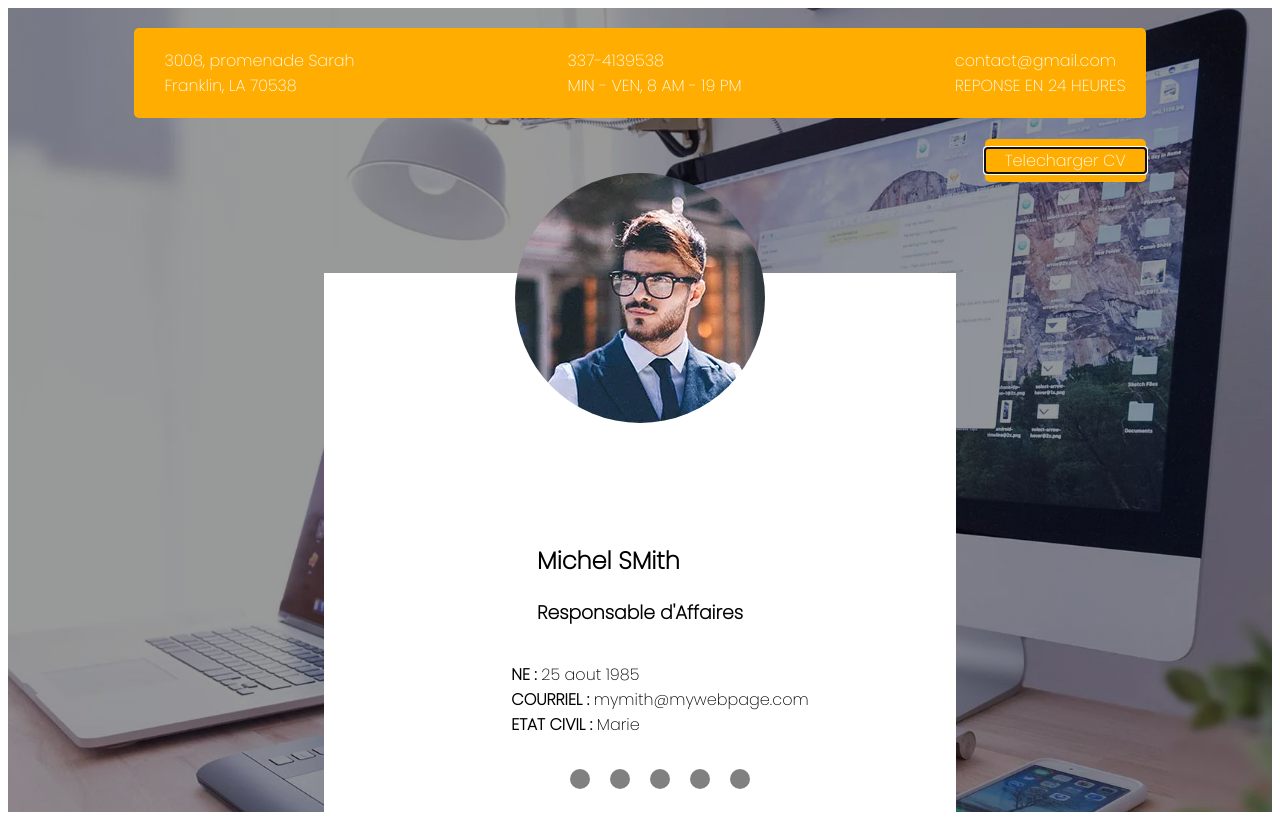
Repository: wadelfadill/CV_PORTFOLIO
Page: index.html
An editor plug-in stored every save of this project. The page is shown before and after the next save, followed by the edit.
The browser window is 1280 px wide. The pictures show the whole page.
The first visible `.download` has the focus.
Some icons come from a web library that is not loaded, so they are not drawn. Backgrounds fixed to the window are drawn as part of the page.

Above is the page before, as saved 2023-03-14 09:18:48.

### index.html
<!DOCTYPE html>
<html lang="en">
<head>
    <meta charset="UTF-8">
    <meta http-equiv="X-UA-Compatible" content="IE=edge">
    <meta name="viewport" content="width=device-width, initial-scale=1.0">
    <title>CV - Portfolio</title>
    <link rel="stylesheet" href="style.css">
    <link rel="stylesheet" href="path/to/font-awesome/css/font-awesome.min.css">
    <link href="/fontawesome/css/all.css" rel="stylesheet">
    <link href="/fontawesome/css/fontawesome.css" rel="stylesheet">
    <link href="/fontawesome/css/brands.css" rel="stylesheet">
    <link href="/fontawesome/css/solid.css" rel="stylesheet">
    <link rel="stylesheet" href="/fontawesome/css/regular.css">
    <link rel="preconnect" href="https://fonts.googleapis.com">
    <link rel="stylesheet" href="/fontawesome/css/all.min.css">
    <link rel='stylesheet' href='https://cdn-uicons.flaticon.com/uicons-brands/css/uicons-brands.css'>
    <link rel="stylesheet" href="https://cdn-uicons.flaticon.com/uicons-regular-straight/css/uicons-regular-straight.css">
<link rel="preconnect" href="https://fonts.gstatic.com" crossorigin>
<link href="https://fonts.googleapis.com/css2?family=Manrope&family=Montserrat&family=Poppins:wght@200&family=Roboto&display=swap" rel="stylesheet">
</head>
<body>
    <header>
        <div class="head">
            <div class="address">
                <div class="add-1">
                    <div class="add-icone"><i class="fi fi-rs-marker"></i></div>
                    <div class="add-text">3008, promenade Sarah <br> Franklin, LA 70538</div>
                </div>
                <div class="add-1">
                    <div class="add-icone"><i class="fi fi-rs-phone-call"></i></div>
                    <div class="add-text">337-4139538 <br> MIN - VEN, 8 AM - 19 PM</div>
                </div>
                <div class="add-1">
                    <div class="add-icone"><i class="fi fi-rs-messages"></i></div>
                    <div class="add-text">contact@gmail.com <br>REPONSE EN 24 HEURES</div>
                </div>
            </div>
            <div class="download">
                <a href="#" class="button">Telecharger CV</a>
            </div>
        </div>
        <div class="head_2">
           <div class="espace">

           </div>
           <div class="presentation">
            <img src="images/profile.jpg" alt="profile" class="profil">
            <div class="name">
                <h2>Michel SMith</h2>
                <h3>Responsable d'Affaires</h3>
            </div>
            <div class="rest">
                <ul>
                    <li><b>NE :</b> 25 aout 1985</li>
                    <li><b>COURRIEL :</b> mymith@mywebpage.com</li>
                    <li><b>ETAT CIVIL :</b> Marie</li>
                </ul>
            </div>
            <div class="social">
                <ul class="social-reseau">
                    <li><a href=""><i class="fi fi-brands-pinterest"></i></a></li>
                    <li><a href=""><i class="fi fi-brands-linkedin"></i></a></li>
                    <li><a href=""><i class="fi fi-brands-instagram"></i></a></li>
                    <li><a href=""><i class="fi fi-brands-facebook"></i></a></li>
                    <li><a href=""><i class="fi fi-brands-twitter"></i></a></li>
                </ul>
            </div>


           </div>
           <div class="espace">

           </div>
        </div>
    </header>
    <main>

    </main>
    <footer>

    </footer>
</body>
</html>

### style.css
body{
    color: white;
    font-family: 'Poppins';
}
header{
    margin: 0;
    width: 100%;
    height: auto;
    padding-top: 20px;
    background-image: linear-gradient(rgba(0, 0, 0, 0.4),
    rgba(0, 0, 0, 0.4)), url("images/background.jpg");
    background-size: cover;
    opacity: 1;
    background-attachment: fixed;
    z-index: 0;
    display: flex;
    justify-content: space-between;
    flex-direction: column;
    gap: 100px;
}
.address{
    background-color: #FFAD01;
    padding: 20px;
    display: flex;
    justify-content: space-between;
    border-radius: 5px;
    z-index: 100;


}
.add-1{
    display: flex;
    justify-content: space-between;
    align-items: center;
    gap: 10px;
}
.head{
    display: flex;
    flex-direction: column;
    justify-content: space-between;
    gap: 30px;
    padding-left: 10%;
    padding-right: 10%;


}
.download{
   align-self: flex-end;
   margin: 0;
}
.download a{
    margin: 0;
    padding-top: 10px;
    padding-bottom: 10px;
    padding-right: 20px;
    padding-left: 20px;
    background-color: #FFAD01;
    align-self: flex-end;
    color: white;
    text-decoration: none;
    border-radius: 5px;

}
.profil{
    border-radius: 100%;
    position: relative;
    top: -100px;
}
i{
    font-size: 25px;
    font-weight: 500;
    font-style: normal;
}
.head_2{
    display: grid;
    grid-template-columns: 25% 50% 25%;

}
.presentation{
    background-color: white;
    display: flex;
    flex-direction: column;
    justify-content: flex-start;
    align-items: center;
    color: black;
}
.espace{
    background: none;
}
.social-reseau a{
    display: inline-block;
    color: white;
    border-radius: 100%;
    text-decoration: none;
    background-color: gray;
    padding: 10px;
}
.social-reseau{
    display: flex;
    justify-content: space-between;
    gap: 20px;
}
li{
    list-style: none;
}

Loaded but not shown: fontawesome/css/all.css (library); fontawesome/css/fontawesome.css (library); fontawesome/css/solid.css (common file); fontawesome/css/regular.css (common file); fontawesome/css/all.min.css (library); fontawesome/css/brands.css (1522 lines, source omitted)

After the next save:
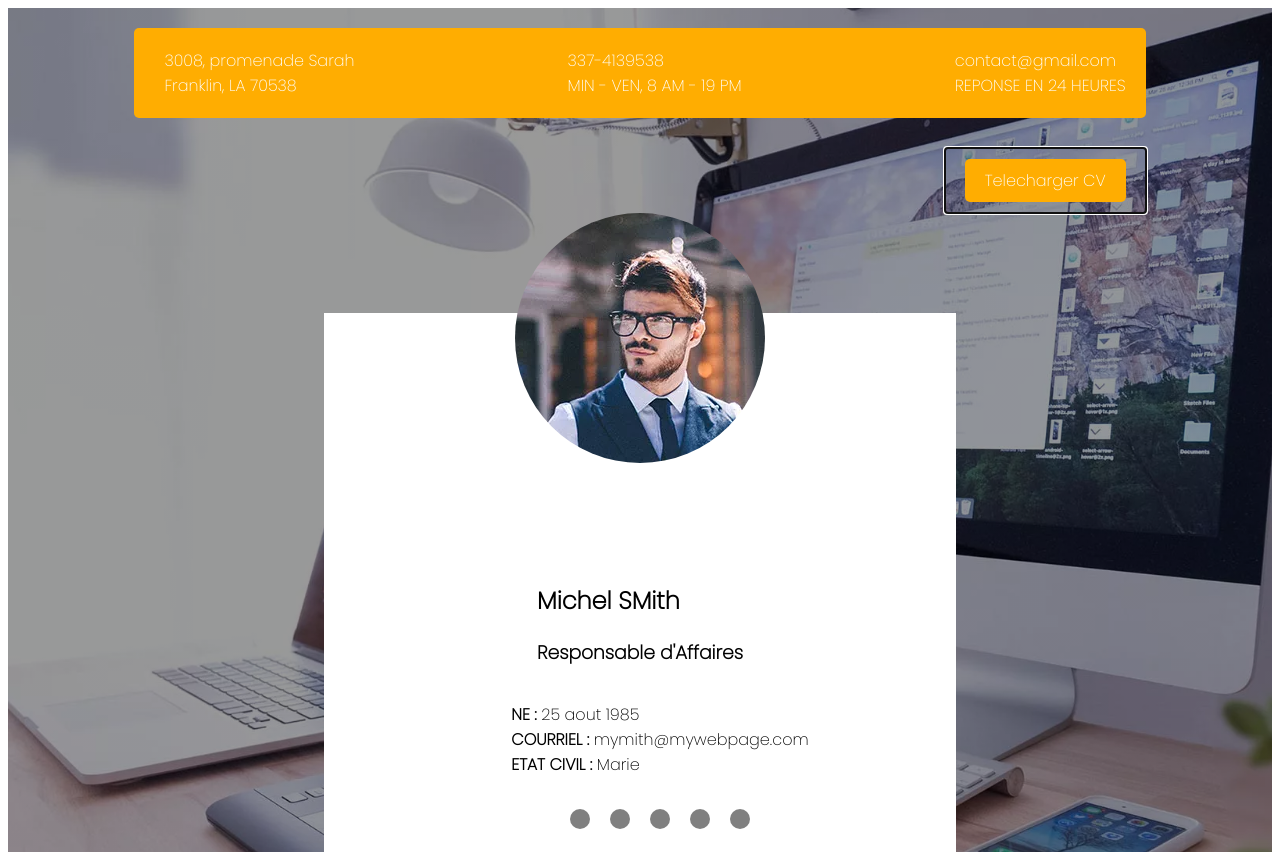
Saved 12 min 9 s later.
--- a/style.css
+++ b/style.css
@@ -61,6 +61,10 @@
     border-radius: 5px;
 
 }
+.download:focus {
+    padding: 20px;
+}
+
 .profil{
     border-radius: 100%;
     position: relative;

After the save that followed:
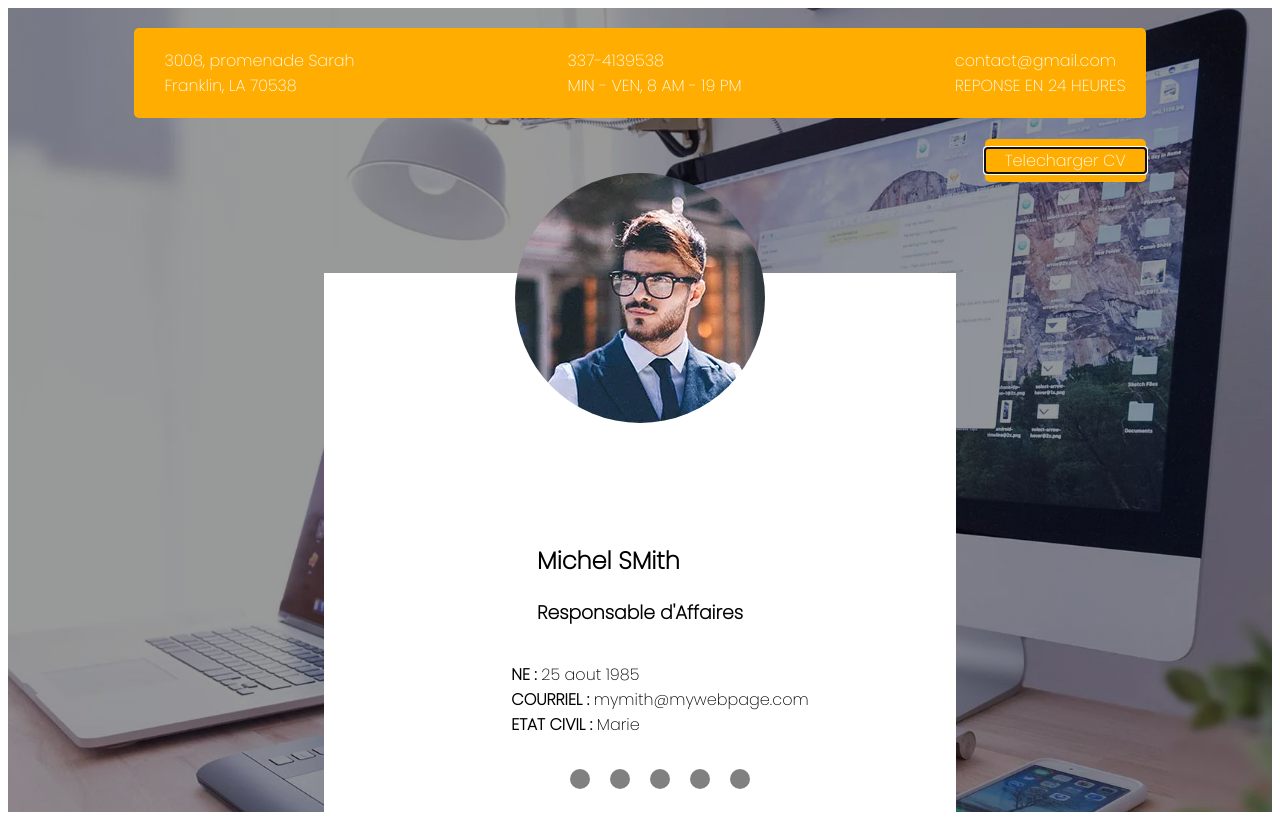
Saved 31 s later.
--- a/style.css
+++ b/style.css
@@ -61,7 +61,7 @@
     border-radius: 5px;
 
 }
-.download:focus {
+.download:hover {
     padding: 20px;
 }
 
